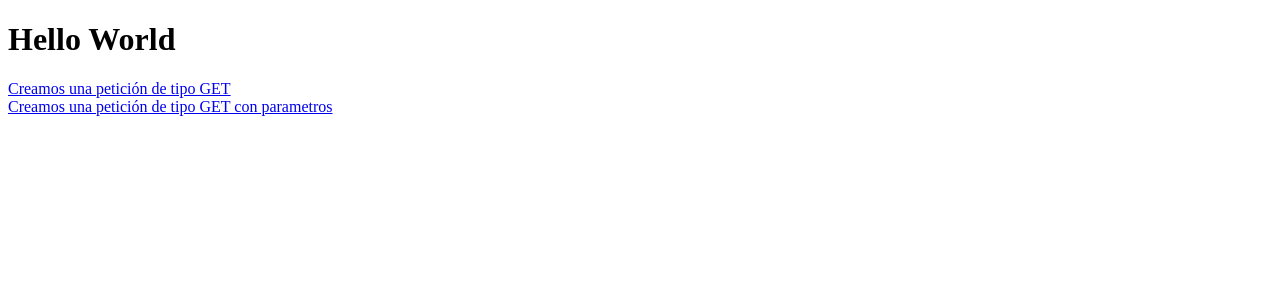
Repository: borispacex/javaee-projects
Page: http://localhost/Java_Web/
These files come from the project's save history. The page is drawn as it stood at one moment and after the next save; the edit follows.
The browser window is 1280 px wide. The pictures show the whole page.
The page is served by Tomcat 9.

Above is the page before, as saved 2023-05-08 17:34:19.

After the next save:
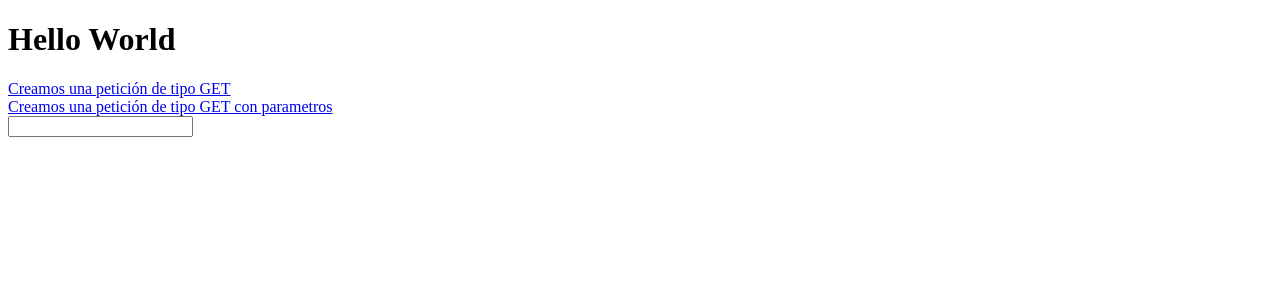
Saved 57 s later.
--- a/Java_Web/WebContent/index.jsp
+++ b/Java_Web/WebContent/index.jsp
@@ -12,6 +12,8 @@
 	</br>
 	<a href="MyServlet?var1=2&var2=6">Creamos una petición de tipo GET con parametros</a>
 	</br>
-
+	<form action="MyServlet" method="post">
+		<input />
+	</form>
 </body>
 </html>
